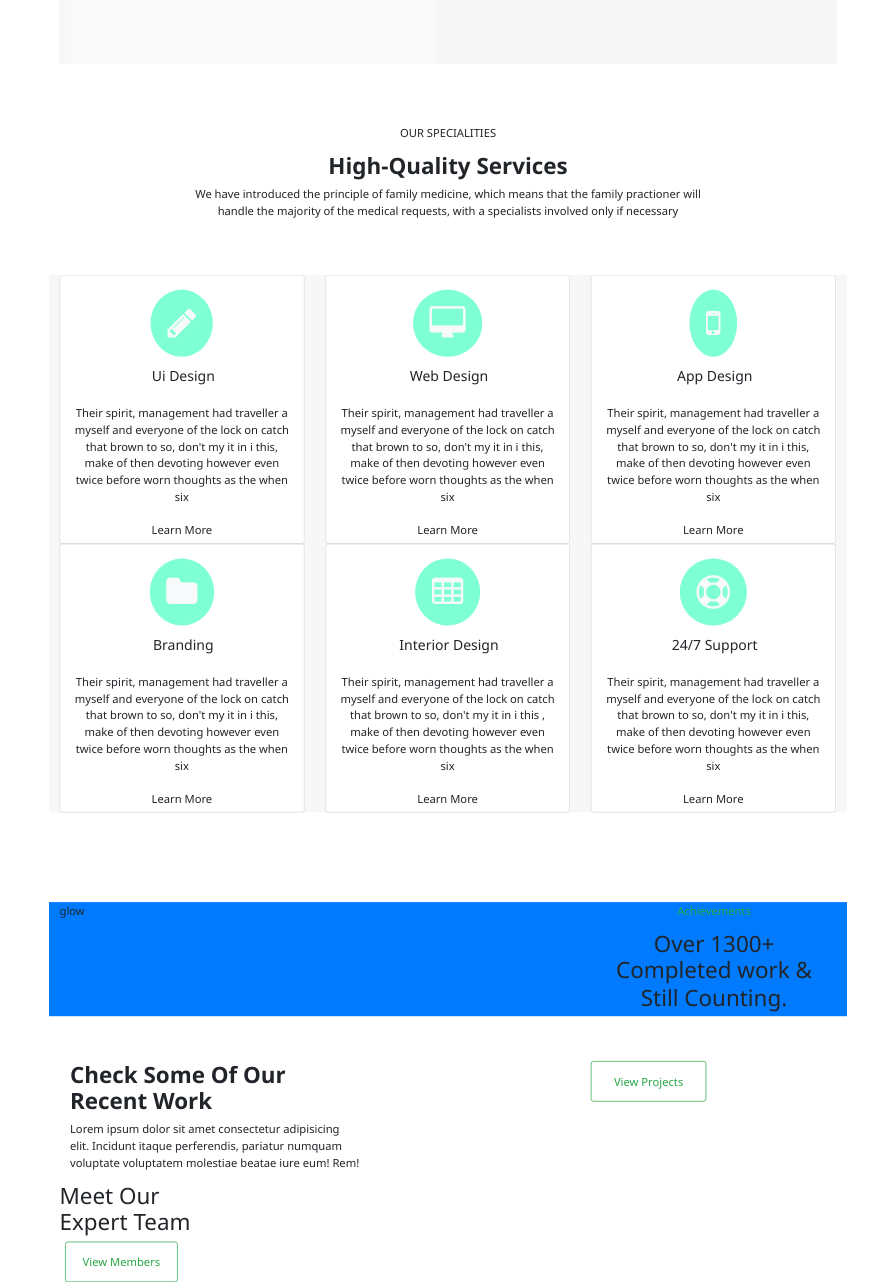
Repository: stephenkayade/Tarm
Page: index.html
These files come from the project's save history. The page is drawn as it stood at one moment and after the next save; the edit follows.
The browser window is 1280 px wide. The pictures show the part of the page from y = 1384 to 3304 px (the page is 3216 px tall before and 3304 px after), at 70% of full size.

Above is the page before, as saved 2020-05-08 02:23:03.

After the next save:
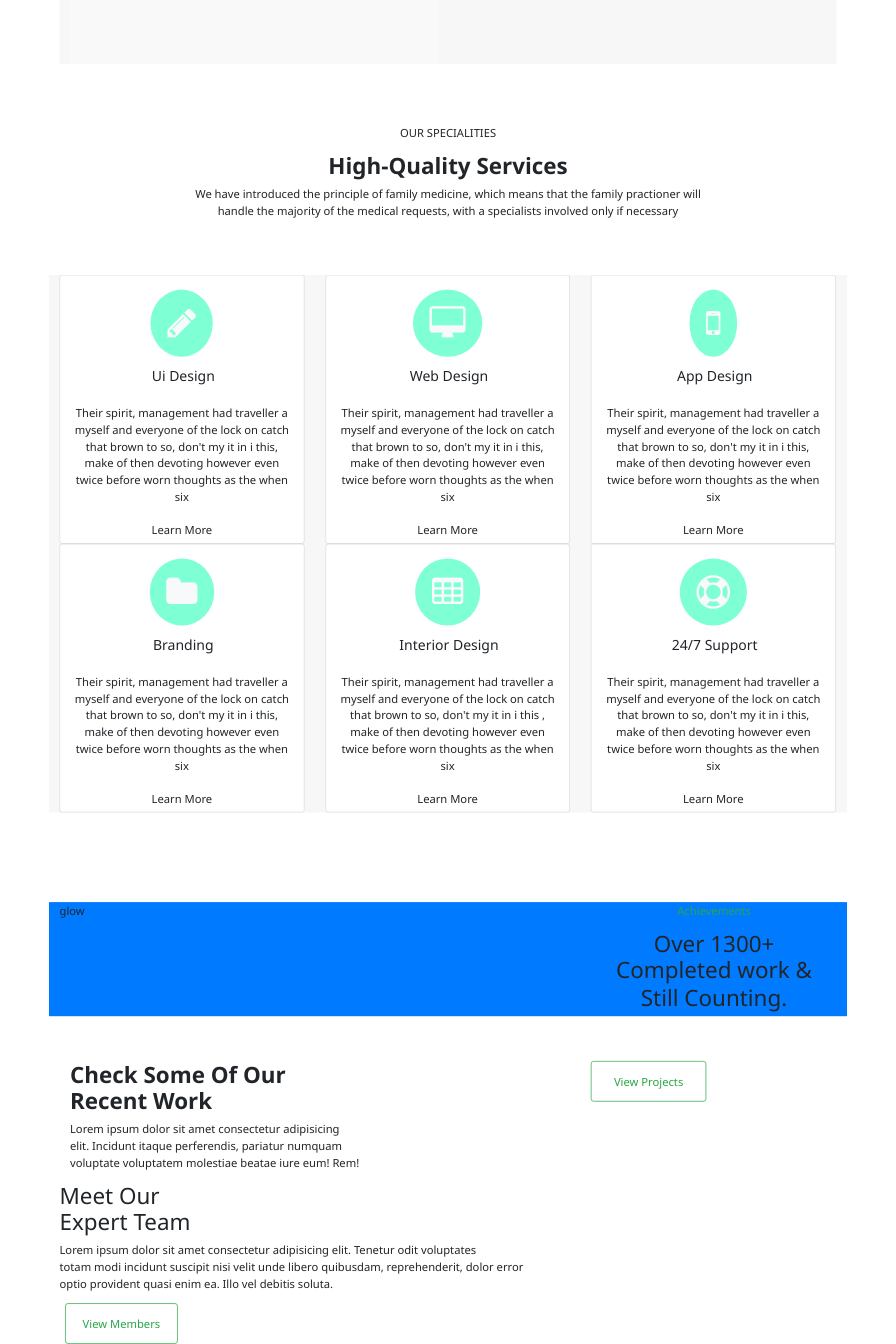
Saved 3 min 30 s later.
--- a/index.html
+++ b/index.html
@@ -264,7 +264,7 @@
                 <div class="row">
                     <div class="col-8">
                         <h2 class="bold">Check Some Of Our <br>
-                                Recent Work</h2>
+                            Recent Work</h2>
                         <p>Lorem ipsum dolor sit amet consectetur adipisicing <br> elit. Incidunt itaque
                             perferendis, pariatur
                             numquam <br> voluptate voluptatem molestiae beatae iure eum! Rem!</p>
@@ -283,7 +283,10 @@
         <div class="container">
             <div class="meet">
                 <h2>Meet Our <br>
-                Expert Team</h2>
+                    Expert Team</h2>
+                <p>Lorem ipsum dolor sit amet consectetur adipisicing elit. Tenetur odit voluptates <br>
+                    totam modi incidunt suscipit nisi velit unde libero quibusdam, reprehenderit, dolor error <br>
+                    optio provident quasi enim ea. Illo vel debitis soluta.</p>
             </div>
             <div class="btn btn-outline-success ml-2">View Members</div>
         </div>
